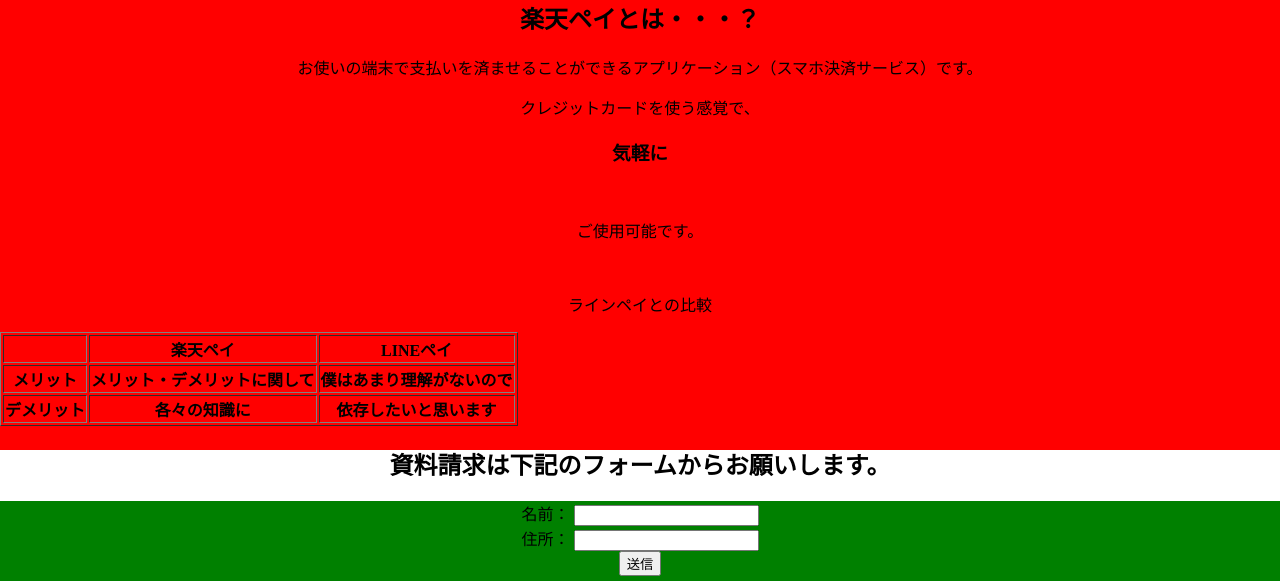
Repository: TatsuyaNakahara/Monomeets-
Page: html/RakutenPay2.html
The author's editor kept a record of every edit. The page is drawn from the files as they stood at one moment, then again after the next edit.
The browser window is 1280 px wide. The pictures show the part of the page from y = 395 to 976 px (the page is 976 px tall).
A picture or video elsewhere on the page could not be fetched, so the positions and the page height are approximate.

Above is the page before.

### html/RakutenPay2.html
<!DOCTYPE html>
<html lang="ja">
    <head>
        <meta charset="UTF-8">
        <title>楽天ペイ</title>
        <link rel="stylesheet" href="css3.css">
    </head>
    <body>
        <header>
            <h1>楽天ペイへの登録</h1>
        </header>
        <div id="main visual">
            <img src="RakutenPay.jpg">
        </div>
        <div id="wrapper">
            <div id="main">
                <h2>楽天ペイとは・・・？</h2>
                <p>お使いの端末で支払いを済ませることができるアプリケーション（スマホ決済サービス）です。</p>
                <p>クレジットカードを使う感覚で、</p>
                <h3>気軽に</h3>
                <br>
                <p>ご使用可能です。</p>
                <br>
                <p>ラインペイとの比較</p>
            <table border="1">
                <tr>
                    <th></th><th>楽天ペイ</th><th>LINEペイ</th>
                </tr>
                <tr>
                    <th>メリット</th><th>メリット・デメリットに関して</th><th>僕はあまり理解がないので</th>
                </tr>
                <tr>
                    <th>デメリット</th><th>各々の知識に</th><th>依存したいと思います</th>
                </tr>
            </table>
        </div>
            <h2>資料請求は下記のフォームからお願いします。</h2>
    <footer>
    <form>
    <label for="name">名前：</label>
    <input type="text" id="name">
    <br>
    <label for="address">住所：</label>
    <input type="address" id="address">
    <br>
    <input type="submit" value="送信">
    </form>
    </footer>
    </body>
</html>

### html/css3.css
@charset "UTF-8";

body {
  margin: 0px;
}
header {
  height: 50px;
  background-color: #ccccff;
  text-align: center;
}

#wrapper {
  height: 450px;
  background-color: red;
  text-align: center;
}

footer {
  margin: 0px;
  height: 80px;
  background-color: green;
  text-align: center;
}

After the next edit:
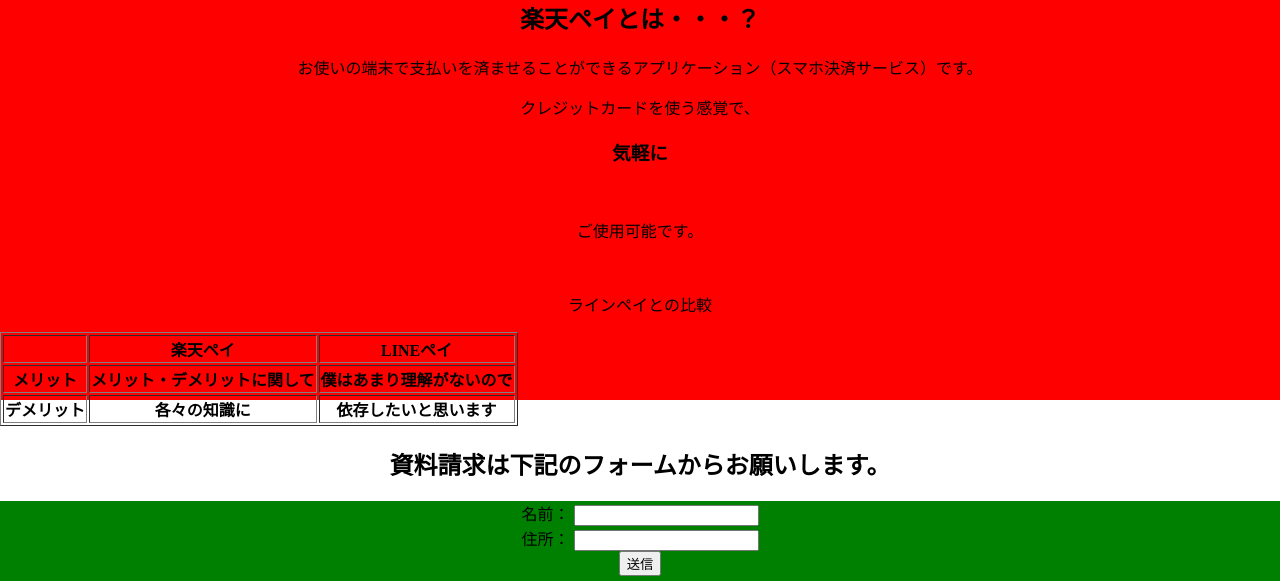
The edit:
--- a/html/css3.css
+++ b/html/css3.css
@@ -10,7 +10,7 @@
 }
 
 #wrapper {
-  height: 450px;
+  height: 400px;
   background-color: red;
   text-align: center;
 }
